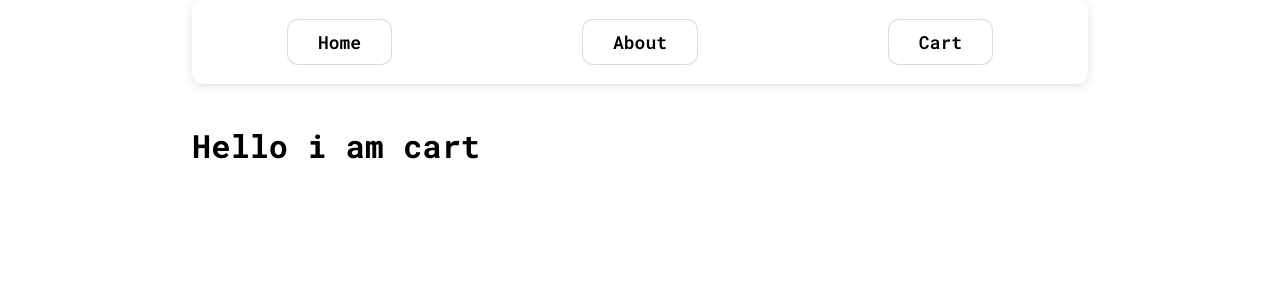
Repository: tuankiet10920/vuejs
Page: /cart
The author's editor kept a copy of each file at every save. The page is drawn from the files as they stood at one save, then again after the next save.
The browser window is 1280 px wide. The pictures show the whole page.
The project was rebuilt for these pictures with package versions that can differ from the ones it lists, and the page was loaded fresh each time. Also part of the build but not shown: vite.config.js.

Above is the page before, as saved 2024-08-24 12:06:02.

After the next save:
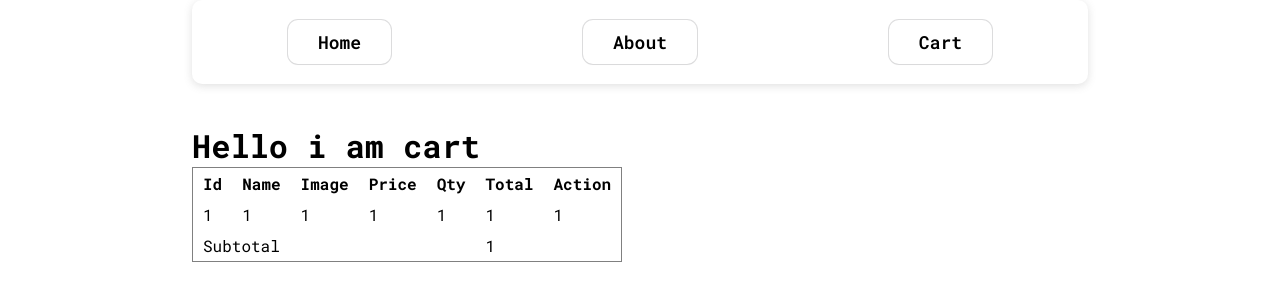
Saved 70 s later.
--- a/src/views/CartView.vue
+++ b/src/views/CartView.vue
@@ -1,5 +1,15 @@
 <template>
   <div>
     <h1>Hello i am cart</h1>
+    <Table />
   </div>
 </template>
+
+<script>
+import Table from '../components/table.vue'
+export default {
+  components: {
+    Table
+  }
+}
+</script>
